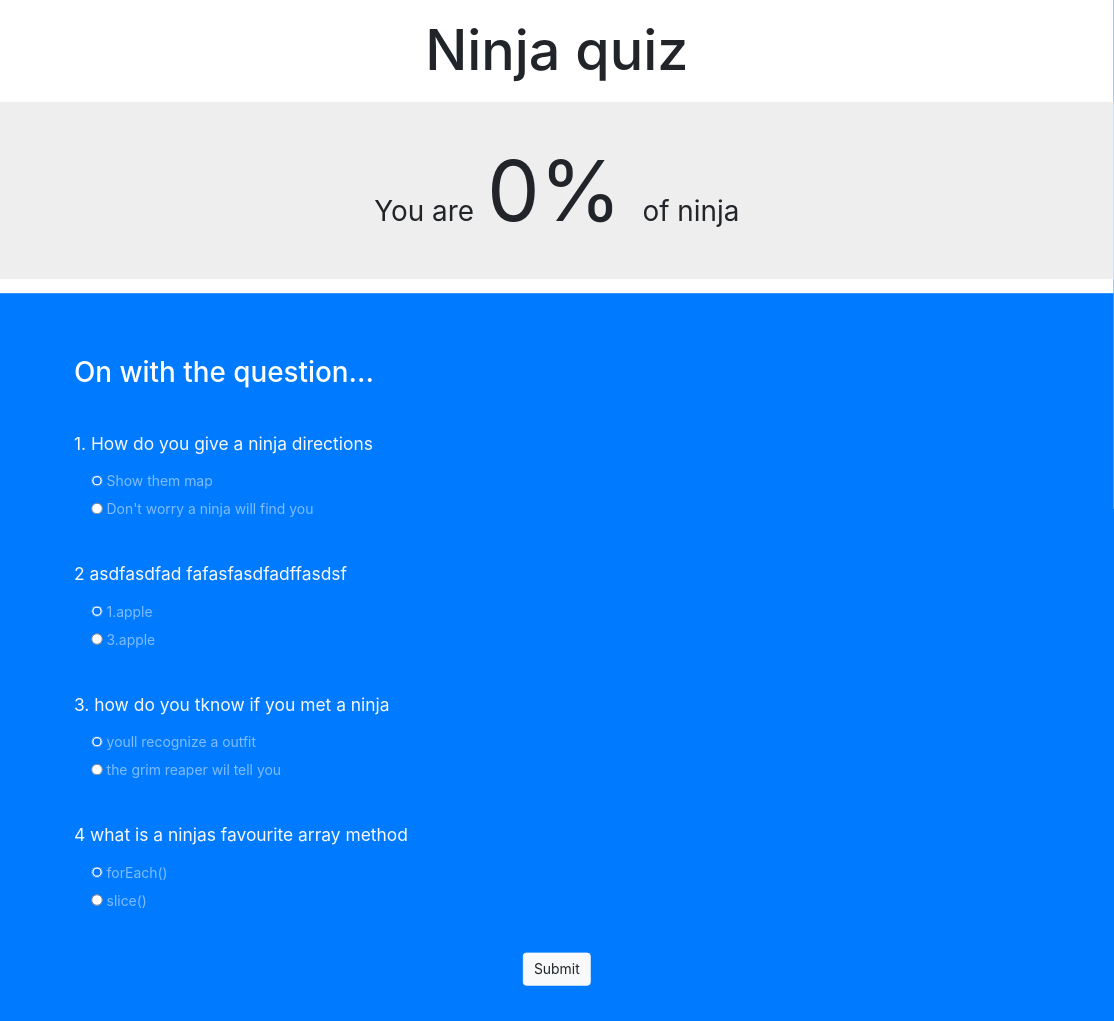
Repository: ajgors/config
Page: Nauka Js/Projekty/Quiz/index.html
An editor plug-in stored every save of this project. The page is shown before and after a run of saves, followed by the edit.
The browser window is 1280 px wide. The pictures show the whole page, at 87% of full size.

Above is the page before, as saved 2019-08-11 18:18:24.

After the next 2 saves:
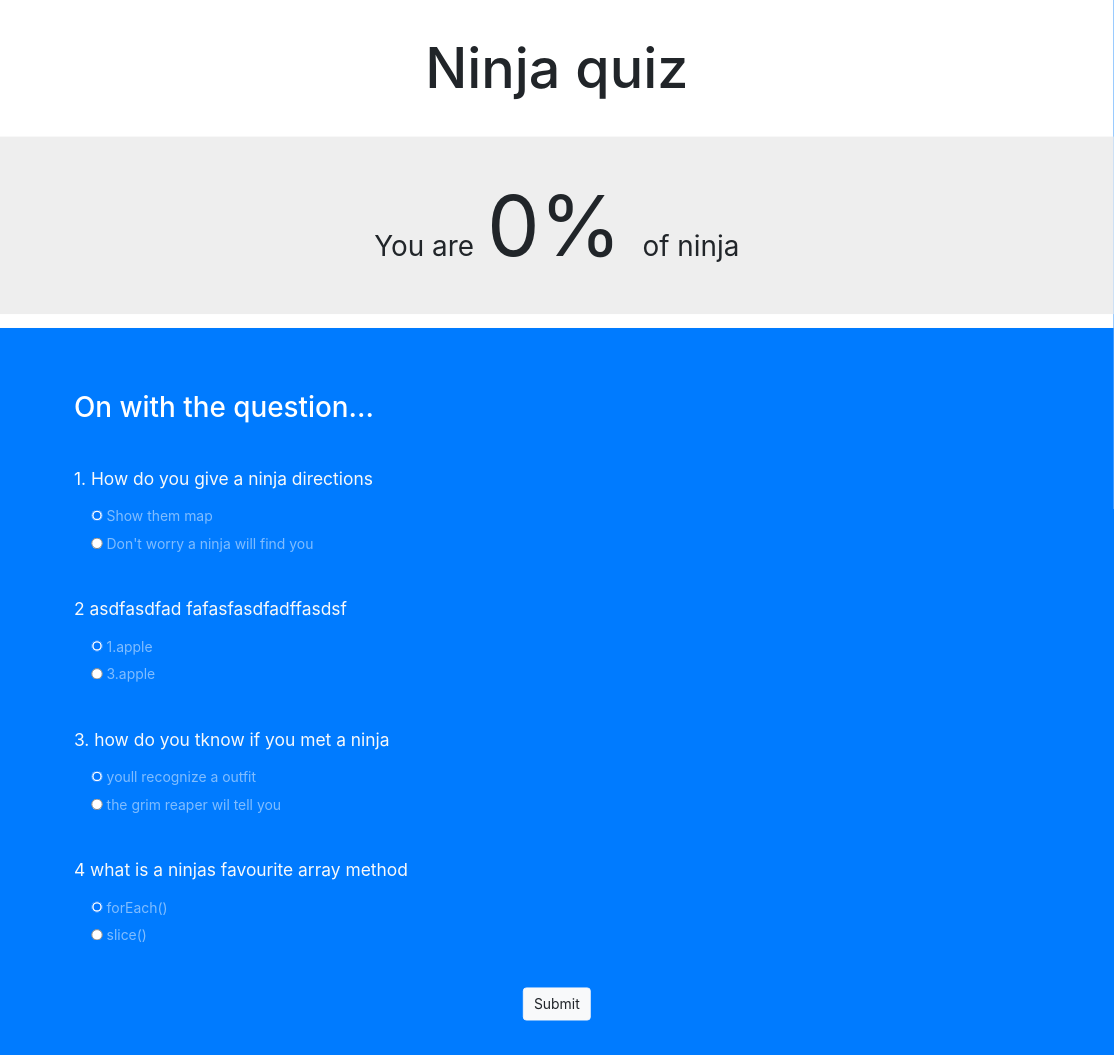
The 2 saves are shown as one change because they came seconds apart.
The last was saved 19 s later.
--- a/Nauka Js/Projekty/Quiz/css.css
+++ b/Nauka Js/Projekty/Quiz/css.css
@@ -5,7 +5,7 @@
 
 .header__title{
     text-align: center;
-    margin:  20px auto;
+    margin:  40px auto;
     font-size: 4em;
 }
 
